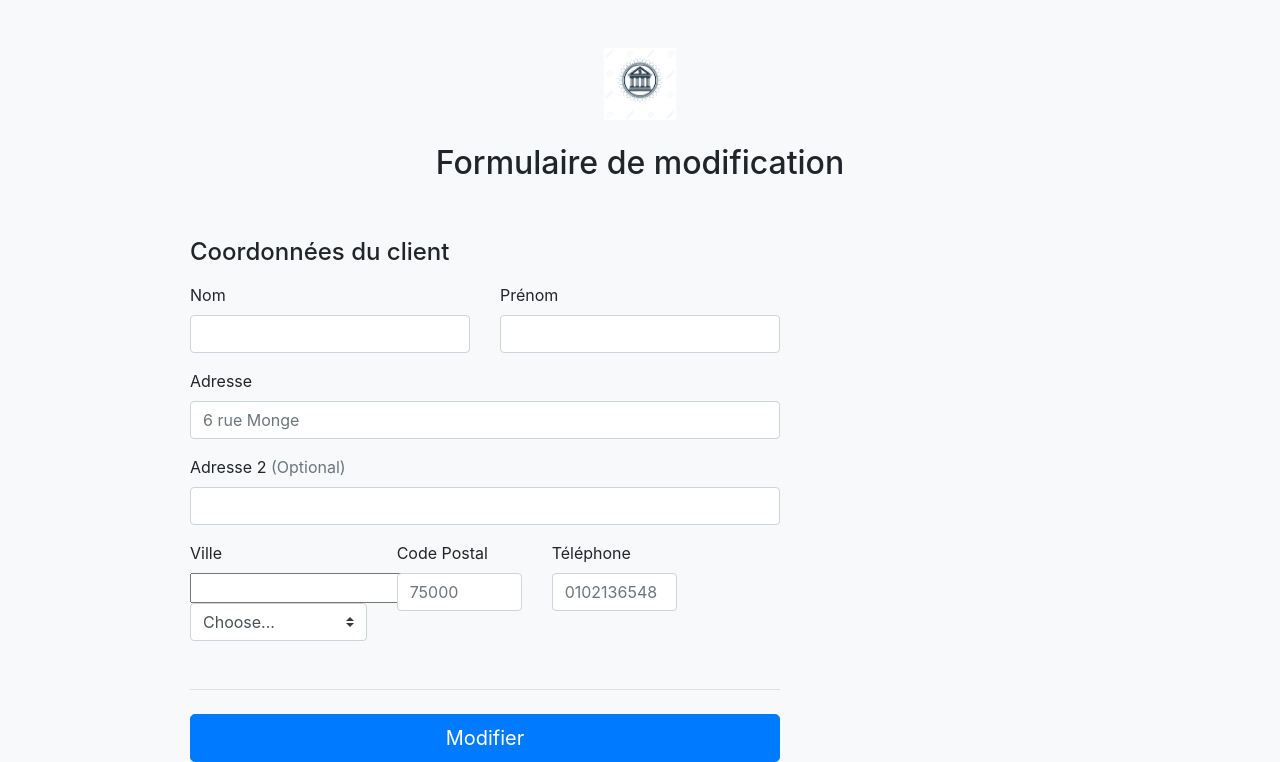
Repository: liiiseee/Projet
Page: http://localhost/02_projet_gestion_clients_compte/modifier-client.jsp
An editor plug-in stored every save of this project. The page is shown before and after the next save, followed by the edit.
The browser window is 1280 px wide. The pictures show the whole page.
The page is served by Tomcat 9. The template is opened directly, without the code that normally fills it, so the values that code supplies are empty.

Above is the page before, as saved 2020-03-29 10:13:50.

After the next save:
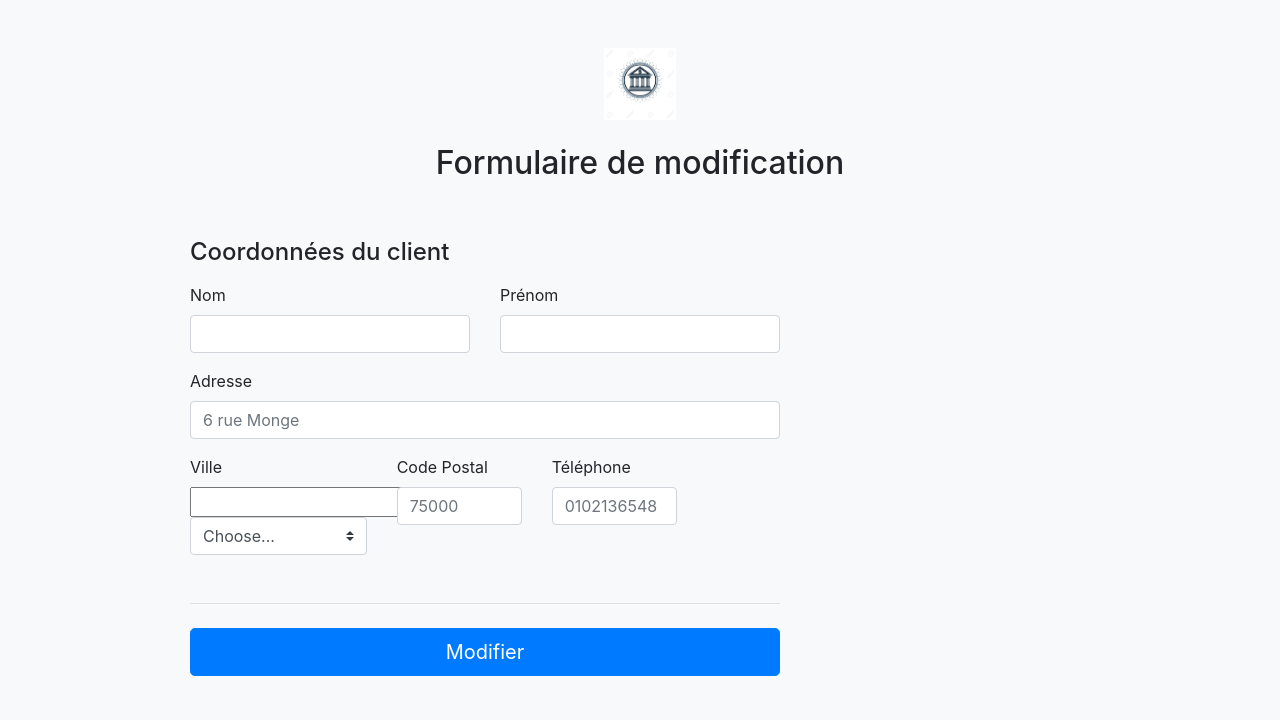
Saved 5 min 34 s later.
--- a/02_projet_gestion_clients_compte/WebContent/modifier-client.jsp
+++ b/02_projet_gestion_clients_compte/WebContent/modifier-client.jsp
@@ -78,10 +78,7 @@
           </div>
         </div>
 
-        <div class="mb-3">
-          <label for="address2">Adresse 2 <span class="text-muted">(Optional)</span></label>
-          <input type="text" class="form-control" id="address2" placeholder="">
-        </div>
+
 
         <div class="row">
 
